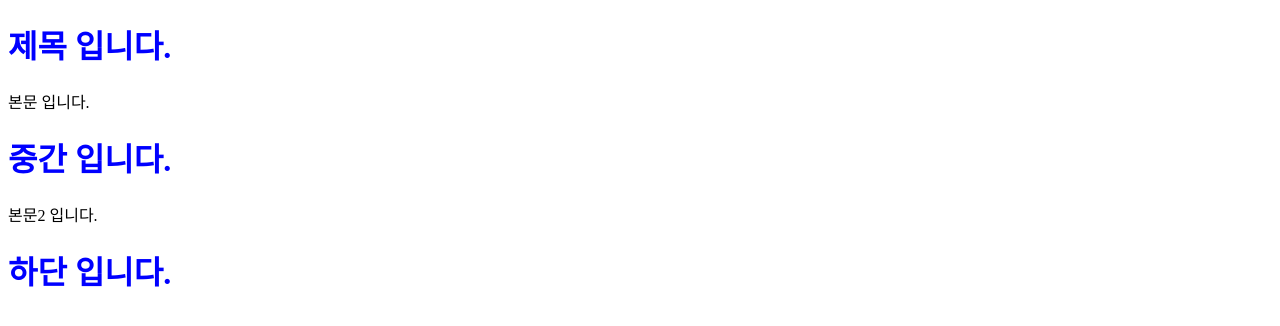
Repository: Pang-Ho/TIL
Page: JavaScript/workspace_web/csstest/WebContent/definition.html
The author's editor kept a copy of each file at every save. The page is drawn from the files as they stood at one save, then again after the next save.
The browser window is 1280 px wide. The pictures show the whole page.

Above is the page before, as saved 2021-08-20 04:18:10.

After the next save:
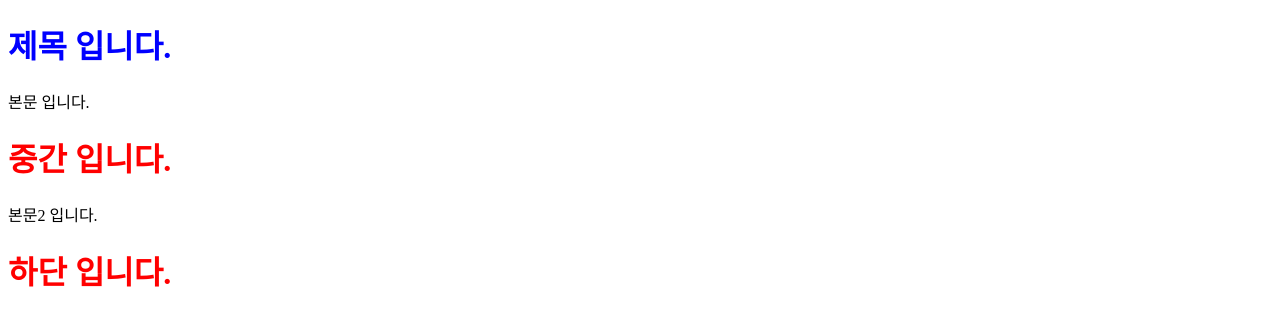
Saved 36 s later.
--- a/JavaScript/workspace_web/csstest/WebContent/definition.html
+++ b/JavaScript/workspace_web/csstest/WebContent/definition.html
@@ -4,17 +4,18 @@
 <meta charset="UTF-8">
 <title>Insert title here</title>
 <style type="text/css">
- h1 {color:blue;}
+	h1 {style:blue;}
 </style>
+
 </head>
 <body>
-<h1> 제목 입니다.</h1>
+<h1 style="color:blue;"> 제목 입니다.</h1>
 
 <p> 본문 입니다.</p>
 
-<h1> 중간 입니다.</h1>
+<h1 style="color:red;"> 중간 입니다.</h1>
 
 <p> 본문2 입니다.</p>
-<h1> 하단 입니다.</h1>
+<h1 style="color:red;"> 하단 입니다.</h1>
 </body>
 </html>

After the 4 saves that followed:
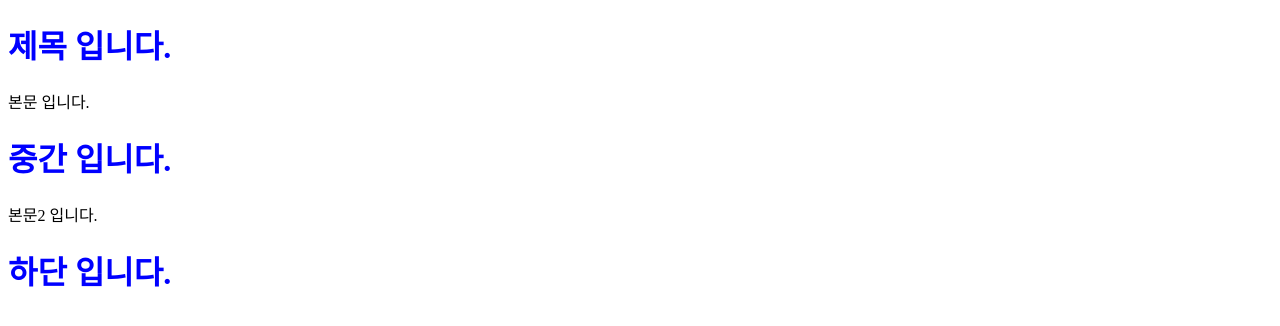
The 4 saves are shown as one change because 3 left the picture as it was.
The last was saved 4 min 31 s later.
--- a/JavaScript/workspace_web/csstest/WebContent/definition.html
+++ b/JavaScript/workspace_web/csstest/WebContent/definition.html
@@ -4,18 +4,18 @@
 <meta charset="UTF-8">
 <title>Insert title here</title>
 <style type="text/css">
-	h1 {style:blue;}
+	h1 {color:blue;}
 </style>
 
 </head>
 <body>
-<h1 style="color:blue;"> 제목 입니다.</h1>
+<h1> 제목 입니다.</h1>
 
 <p> 본문 입니다.</p>
 
-<h1 style="color:red;"> 중간 입니다.</h1>
+<h1> 중간 입니다.</h1>
 
 <p> 본문2 입니다.</p>
-<h1 style="color:red;"> 하단 입니다.</h1>
+<h1> 하단 입니다.</h1>
 </body>
 </html>
